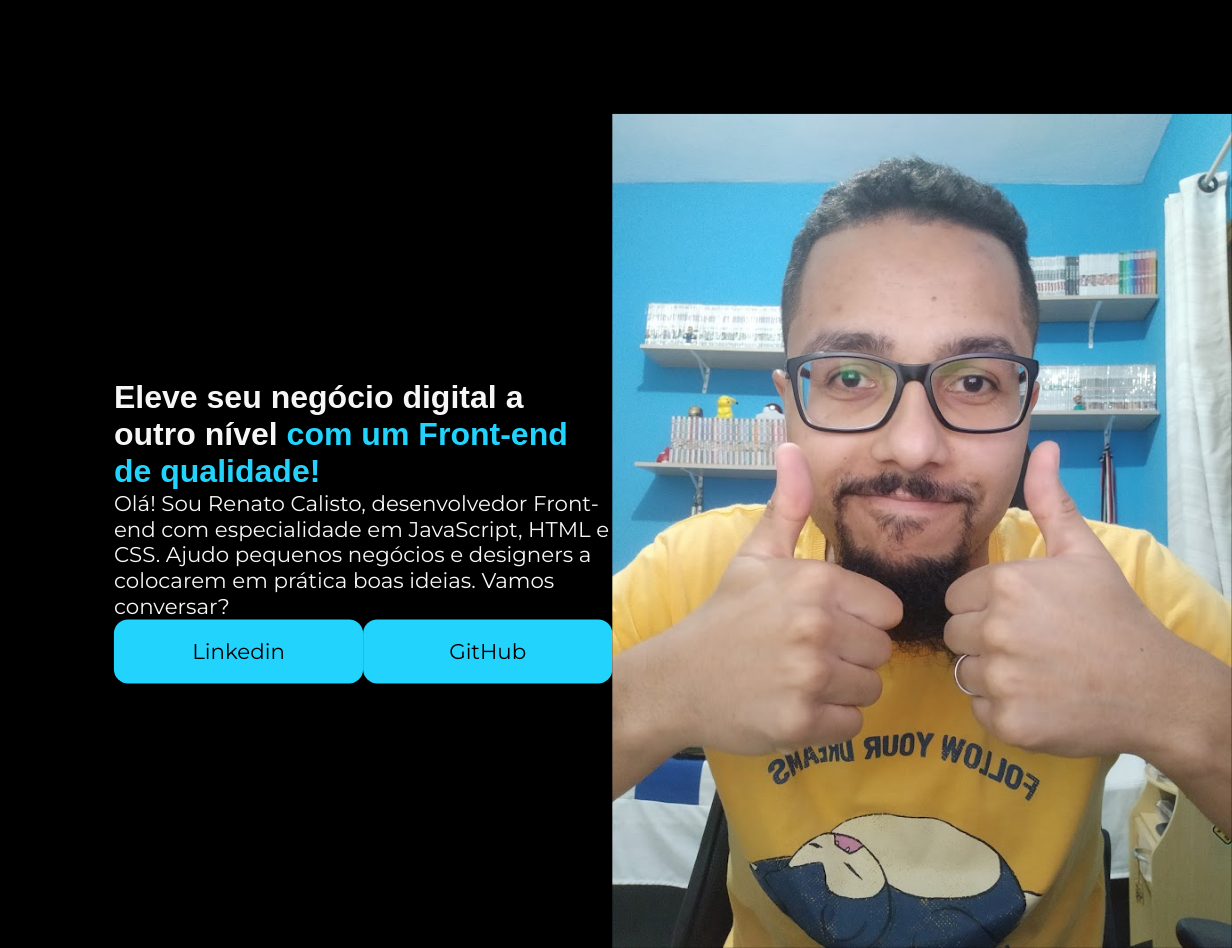
Repository: RenatoCCS/Portfolio_Alura
Page: index.html
These files come from the project's save history. The page is drawn as it stood at one moment and after the next save; the edit follows.
The browser window is 1280 px wide. The page is 1384 px wide, so the pictures cover 1384 px, including what lies to the right of the window. The pictures show the whole page, at 89% of full size.
Some web fonts or font styles are not loaded; a fallback is used.

Above is the page before, as saved 2023-02-27 14:55:52.

### index.html
<!DOCTYPE html>
<html lang="pt-br">
  <head>
    <meta charset="UTF-8" />
    <meta http-equiv="X-UA-Compatible" content="IE=edge" />
    <meta name="viewport" content="width=device-width, initial-scale=1.0" />
    <title>Portfolio</title>
    <link rel="stylesheet" href="style.css" />
  </head>
  <body>
    <header></header>
    <main class="apresentacao">
      <section class="apresentacao__conteudo">
        <h1 class="apresentacao__conteudo__titulo">
          Eleve seu negócio digital a outro nível
          <strong class="titulo-destaque">
            com um Front-end de qualidade!
          </strong>
        </h1>
        <p class="apresentacao__conteudo__texto">
          Olá! Sou Renato Calisto, desenvolvedor Front-end com especialidade em
          JavaScript, HTML e CSS. Ajudo pequenos negócios e designers a
          colocarem em prática boas ideias. Vamos conversar?
        </p>
        <div class="apresentacao__links">
          <a
            class="aprentacao__links__link"
            href="https://www.linkedin.com/in/renatocalisto/"
            >Linkedin</a
          >
          <a class="aprentacao__links__link" href="https://github.com/RenatoCCS"
            >GitHub</a
          >
        </div>
      </section>
      <img
        src="renato.jpg"
        alt="Renato fazendo sinal de positivo com ambas as mãos"
      />
    </main>
    <footer></footer>
  </body>
</html>

### style.css
@import url('https://fonts.googleapis.com/css2?family=Krona+One&family=Montserrat:wght@400;600&display=swap');

* {
  margin: 0;
  padding: 0;
}

body {
  height: 100vh;
  box-sizing: border-box;
  background-color: #000000;
  color: #f6f6f6;
}

.titulo-destaque {
  color: #22d4fd;
}

.apresentacao {
  margin: 10%;
  display: flex;
  align-items: center;
  justify-content: space-between;
}

.apresentacao__conteudo {
  width: 615px;
}

.apresentacao__conteudo__titulo {
  font-size: 36px;
  font-family: 'Krona One', sans-serif;
}

.apresentacao__conteudo__texto {
  font-size: 24px;
  font-family: 'Montserrat', sans-serif;
}

.apresentacao__links {
  display: flex;
  justify-content: space-between;
}

.aprentacao__links__link {
  background-color: #22d4fd;
  width: 280px;
  text-align: center;
  border-radius: 16px;
  font-size: 24px;
  padding: 21.5px 0;
  text-decoration: none;
  color: #000000;
  font-family: 'Montserrat', sans-serif;
}

After the next save:
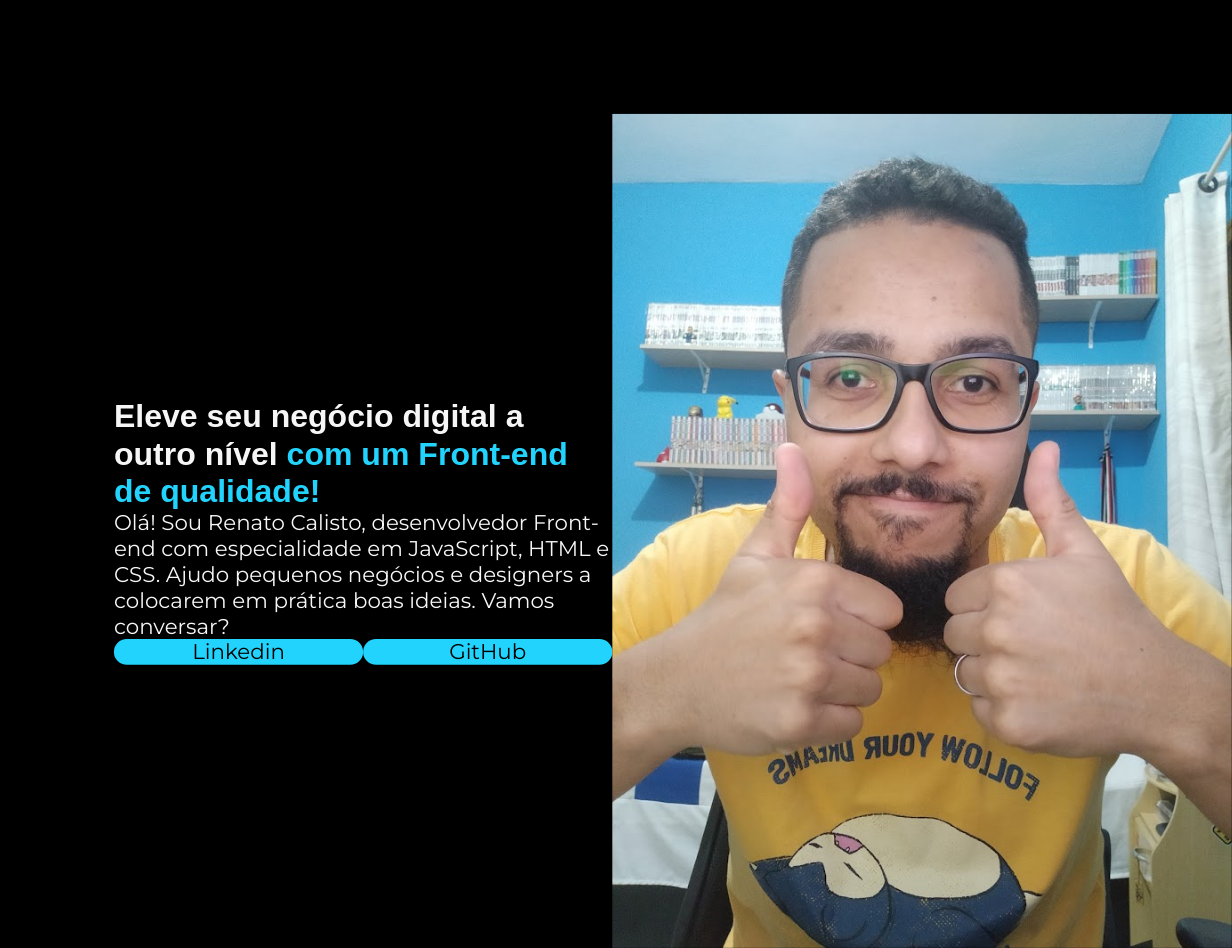
Saved 53 s later.
--- a/style.css
+++ b/style.css
@@ -48,6 +48,7 @@
   text-align: center;
   border-radius: 16px;
   font-size: 24px;
+  font-weight:
   padding: 21.5px 0;
   text-decoration: none;
   color: #000000;

After the 2 saves that followed:
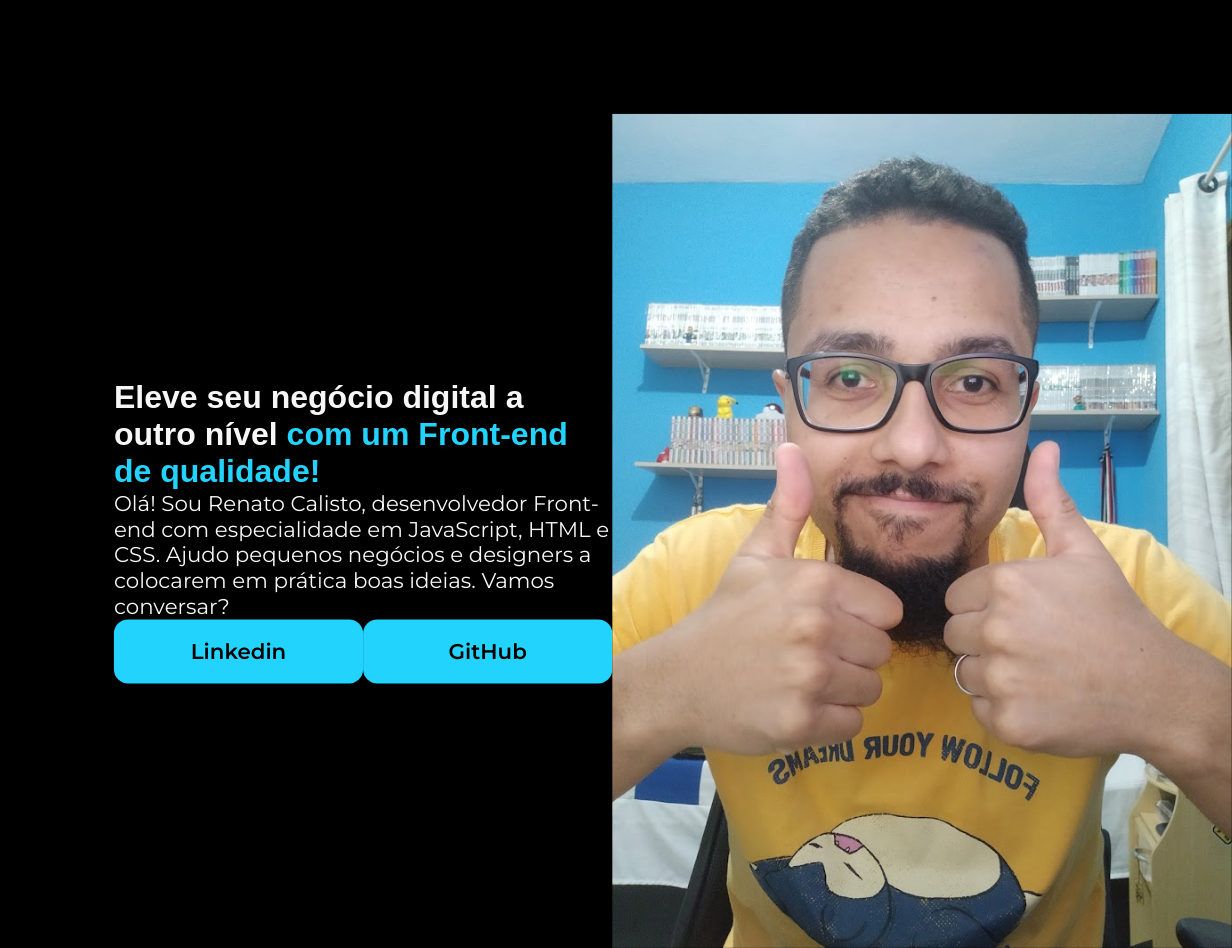
The 2 saves are shown as one change because 1 left the picture as it was.
The last was saved 19 s later.
--- a/style.css
+++ b/style.css
@@ -48,7 +48,7 @@
   text-align: center;
   border-radius: 16px;
   font-size: 24px;
-  font-weight:
+  font-weight: 600;
   padding: 21.5px 0;
   text-decoration: none;
   color: #000000;
